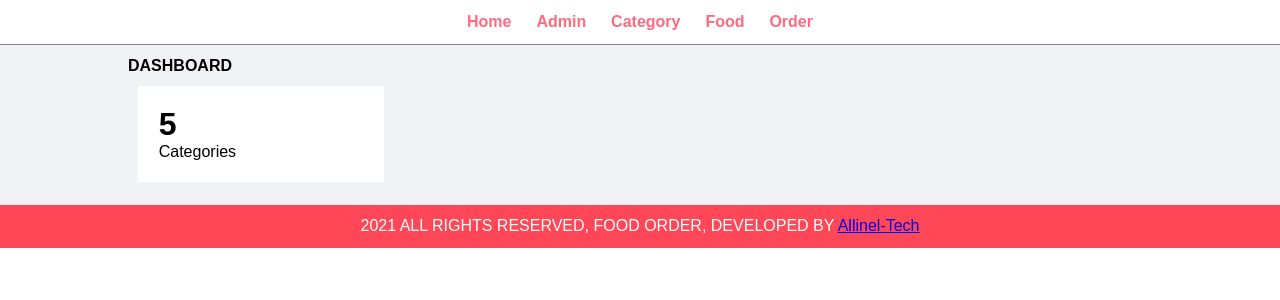
Repository: yazshrilld/food_order
Page: http://localhost/admin/index.php
These files come from the project's save history. The page is drawn as it stood at one moment and after a run of saves; the edit follows.
The browser window is 1280 px wide. The pictures show the whole page.
The page is run by PHP 8.4 with error messages shown; the project is at /var/www/html/.

Above is the page before, as saved 2021-01-24 16:38:44.

After the next 5 saves:
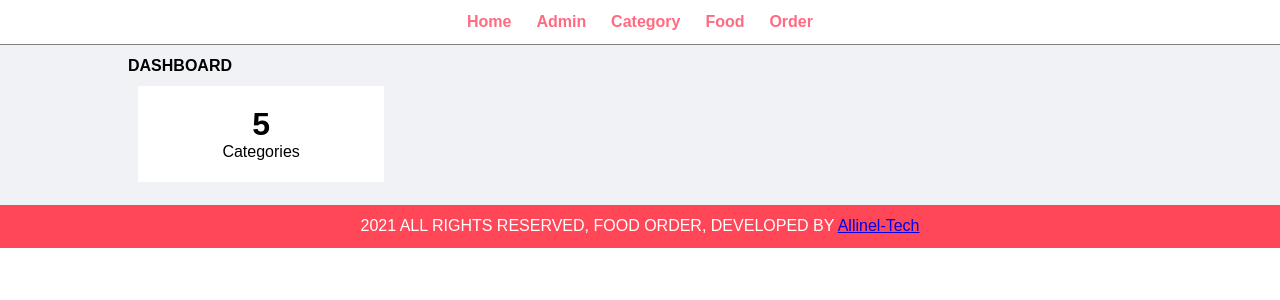
The 5 saves are shown as one change because they came seconds apart.
The last was saved 53 s later.
--- a/admin/index.php
+++ b/admin/index.php
@@ -22,7 +22,7 @@
             <div class="main-content">
                 <div class="wrapper">
                     <strong>DASHBOARD</strong>
-                    <div class="col-4">
+                    <div class="col-4 text-center">
                         <h1>5</h1>
                         Categories
                     </div>
